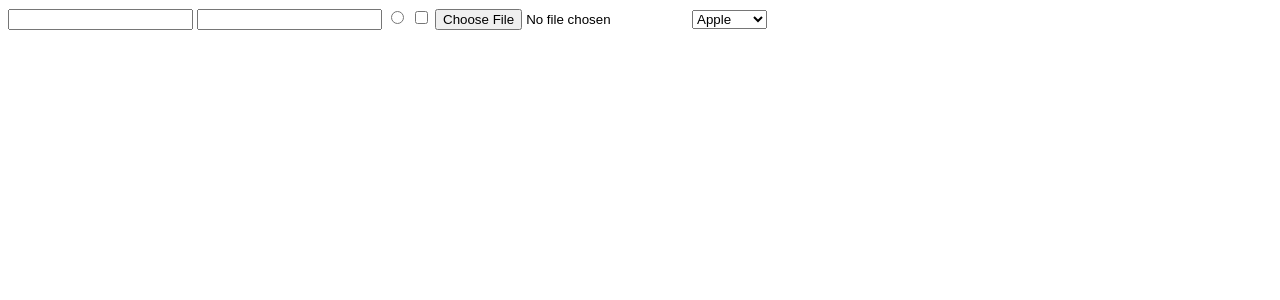
Repository: Junhee1412/front_end_practice
Page: jquery, bootstrap/js01_jquery/public/js05_selector.html
An editor plug-in stored every save of this project. The page is shown before and after the next save, followed by the edit.
The browser window is 1280 px wide. The pictures show the whole page.

Above is the page before, as saved 2022-11-14 05:18:35.

After the next save:
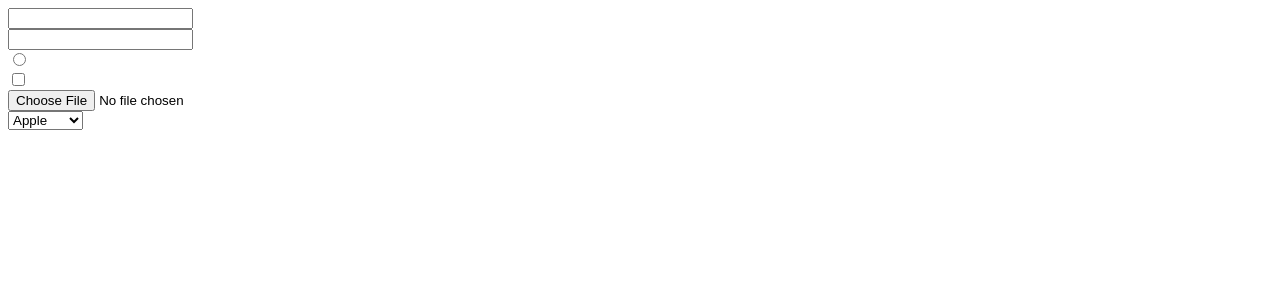
Saved 22 s later.
--- a/jquery, bootstrap/js01_jquery/public/js05_selector.html
+++ b/jquery, bootstrap/js01_jquery/public/js05_selector.html
@@ -12,11 +12,11 @@
 	</script>
 </head>
 <body>
-<input type="text" />
-<input type="password" />
-<input type="radio" />
-<input type="checkbox" />
-<input type="file" />
+<input type="text" /><br>
+<input type="password" /><br>
+<input type="radio" /><br>
+<input type="checkbox" /><br>
+<input type="file" /><br>
 <select name="" id="">
 	<option value="Apple">Apple</option>
 	<option value="Dog">Dog</option>
